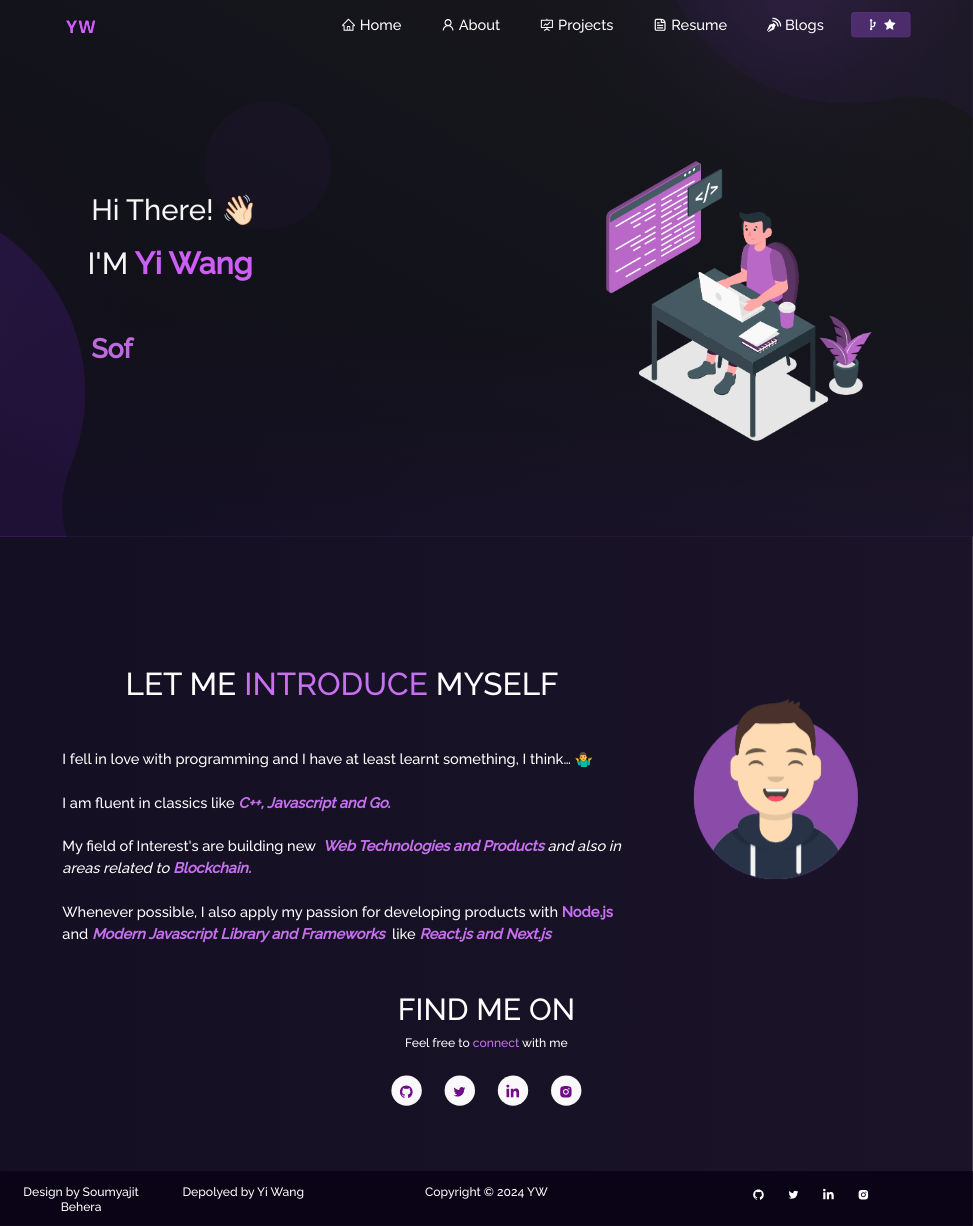
Repository: YiWang24/Portfolio
Page: /
The author's editor kept a copy of each file at every save. The page is drawn from the files as they stood at one save, then again after a run of saves.
The browser window is 1280 px wide. The pictures show the whole page, at 76% of full size.
The project was rebuilt for these pictures with package versions that can differ from the ones it lists, and the page was loaded fresh each time. Also part of the build but not shown: src/components/About/Github.js, src/components/About/Techstack.js, src/components/About/AboutCard.js, src/components/About/Toolstack.js, src/components/About/About.js, src/components/Projects/ProjectCards.js, src/components/Projects/Projects.js, src/components/Resume/ResumeNew.js. Imported but missing from the stored project, and not drawn on this page: src/Assets/Soumyajit_Behera-BIT_MESRA.pdf.

Above is the page before, as saved 2024-08-21 02:34:57.

After the next 2 saves:
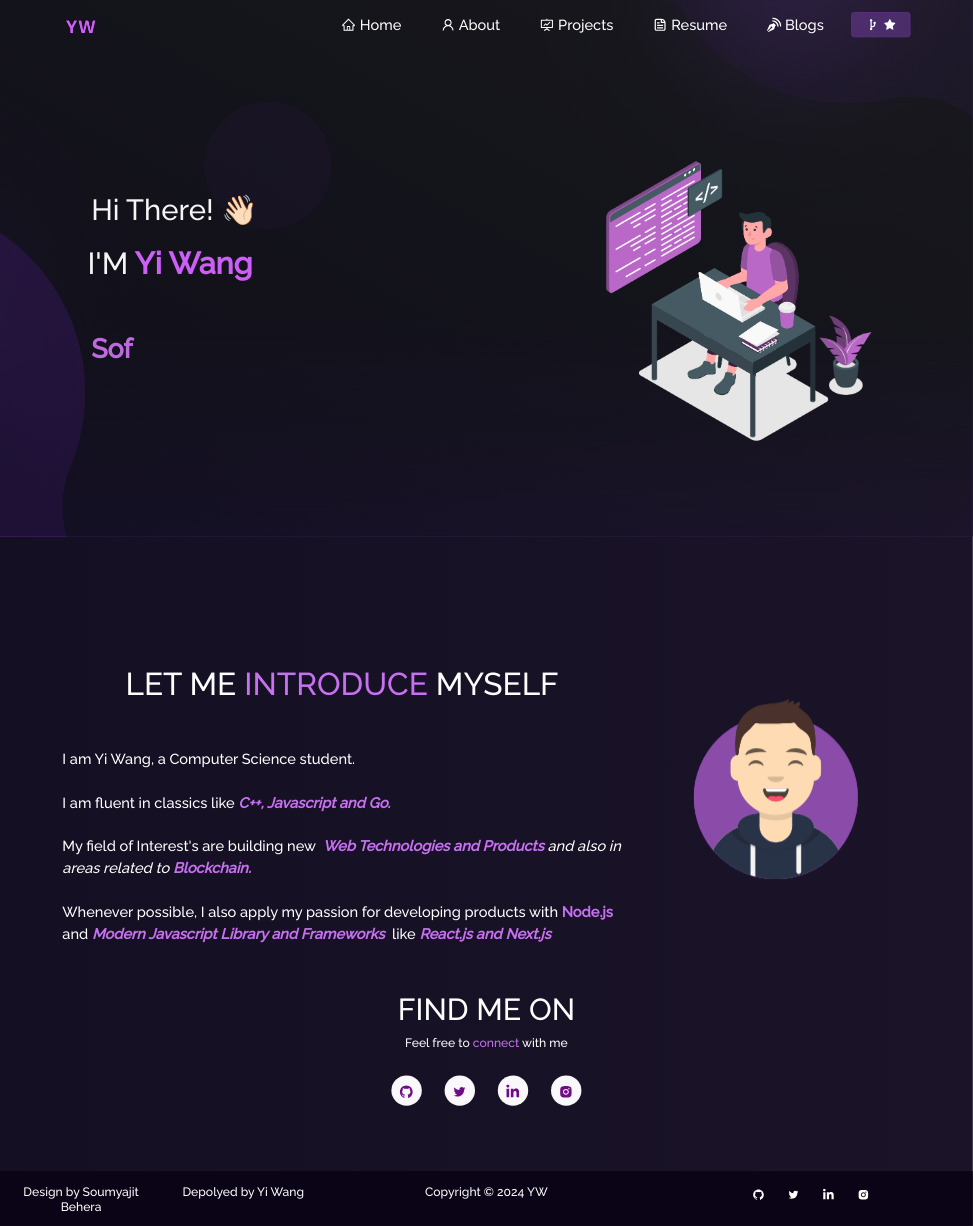
The 2 saves are shown as one change because they came seconds apart.
The last was saved 13 h 43 min later.
--- a/src/components/Home/Home2.js
+++ b/src/components/Home/Home2.js
@@ -19,8 +19,7 @@ function Home2() {
               LET ME <span className="purple"> INTRODUCE </span> MYSELF
             </h1>
             <p className="home-about-body">
-              I fell in love with programming and I have at least learnt
-              something, I think… 🤷‍♂️
+              I am Yi Wang, a Computer Science student.
               <br />
               <br />I am fluent in classics like
               <i>
@@ -31,10 +30,7 @@ function Home2() {
               My field of Interest's are building new &nbsp;
               <i>
                 <b className="purple">Web Technologies and Products </b> and
-                also in areas related to{" "}
-                <b className="purple">
-                  Blockchain.
-                </b>
+                also in areas related to <b className="purple">Blockchain.</b>
               </i>
               <br />
               <br />
